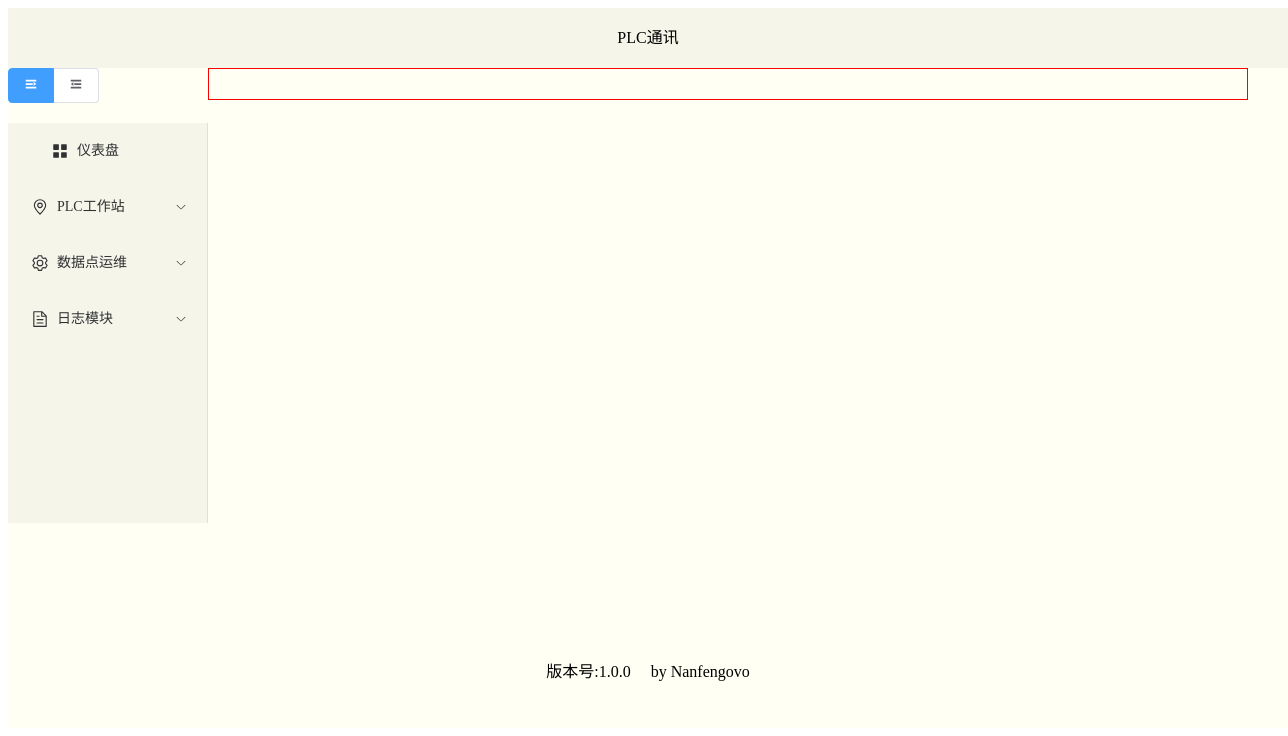
Repository: nanfengovo/HelperWorkStation
Page: /#/frameWork (app in HelperWorkStation/plchelper-ui/)
These files come from the project's save history. The page is drawn as it stood at one moment and after the next save; the edit follows.
The browser window is 1280 px wide. The page is 1288 px wide, so the pictures cover 1288 px, including what lies to the right of the window. The pictures show the whole page.
The project was rebuilt for these pictures with package versions that can differ from the ones it lists, and the page was loaded fresh each time. Also part of the build but not shown: HelperWorkStation/plchelper-ui/vite.config.ts, HelperWorkStation/plchelper-ui/src/views/Login/index.vue.

Above is the page before, as saved 2024-12-27 09:18:49.

### HelperWorkStation/plchelper-ui/index.html
<!DOCTYPE html>
<html lang="">
  <head>
    <meta charset="UTF-8">
    <link rel="icon" href="/favicon.ico">
    <meta name="viewport" content="width=device-width, initial-scale=1.0">
    <title>Vite App</title>
  </head>
  <body>
    <div id="app"></div>
    <script type="module" src="/src/main.ts"></script>
  </body>
</html>

<style>
  #app{
    /* display: flex;
    justify-content: center;
    align-items: center; */
    height: 100vh;
    width: 100vw;
  }
</style>

### HelperWorkStation/plchelper-ui/src/main.ts
// import './assets/main.css'

import { createApp } from 'vue'
import ElementPlus from 'element-plus'
import 'element-plus/dist/index.css'
import { createPinia } from 'pinia'

import App from './App.vue'
import * as ElementPlusIconsVue from '@element-plus/icons-vue'
import router from './router'

const app = createApp(App)
app.use(router)
for (const [key, component] of Object.entries(ElementPlusIconsVue)) {
    app.component(key, component)
    }
app.use(ElementPlus)
app.use(createPinia())


app.mount('#app')

### HelperWorkStation/plchelper-ui/src/App.vue
<script setup lang="ts">
import {  RouterView } from 'vue-router'
import FrameWork from './views/FrameWork/index.vue'
import Login from './views/Login/index.vue'
</script>

<template>
  <div class="app">
    <RouterView />
  </div>

  <!-- <RouterView /> -->
</template>

<style scoped>
	html,body,#app{
      height: 100%;
      width: 100%;
	}
  .app{
    height: 100%;
    width: 100%;
  }
</style>

### HelperWorkStation/plchelper-ui/src/router/index.ts
import { createMemoryHistory, createRouter, createWebHashHistory, type RouteRecordRaw } from 'vue-router'
import frameWork from '../views/FrameWork/index.vue';
import Login from '../views/Login/index.vue';
import panel from '../views/FrameWork/layout/panel/index.vue';

// const routes: RouteRecordRaw[] = [];
const routes: Array<RouteRecordRaw> = [
    {
        path: '/',
        redirect: '/login'
    },
    {
        path: '/login',
        name: 'login',
        component: Login
    },
    {
        path: '/frameWork',
        name: '主页',
        component: frameWork,
        children: [
            {
                path: '/framework/panel',
                name: '仪表板',
                component: () => import('../views/FrameWork/layout/panel/index.vue'),
            },
            {
                path: '/frameWork/PLCWorkstation/Modbus',
                name: 'PLC工作站-Modbus',
                component: () => import('../views/FrameWork/layout/PLCWorkstation/Modbus/index.vue'),
            },
            {
                path: '/frameWork/PLCWorkstation/S7',
                name: 'PLC工作站-S7',
                component: () => import('../views/FrameWork/layout/PLCWorkstation/S7/index.vue'),
            },
            {
                path: '/frameWork/PLCWorkstation/OPC',
                name: 'PLC工作站-OPC',
                component: () => import('../views/FrameWork/layout/PLCWorkstation/OPC/index.vue'),
            },
            {
                path: '/frameWork/PLCWorkstation/FinsTCP',
                name: 'PLC工作站-FinsTCP',
                component: () => import('../views/FrameWork/layout/PLCWorkstation/FinsTCP/index.vue'),
            },
            {
                path: '/frameWork/DataPointOperations/Modbus',
                name: '数据点运维-Modbus',
                component: () => import('../views/FrameWork/layout/DataPointOperations/Modbus/index.vue'),
            },
            {
                path: '/frameWork/DataPointOperations/S7',
                name: '数据点运维-S7',
                component: () => import('../views/FrameWork/layout/DataPointOperations/S7/index.vue'),
            },
            {
                path: '/frameWork/DataPointOperations/Opc',
                name: '数据点运维-Opc',
                component: () => import('../views/FrameWork/layout/DataPointOperations/OPC/index.vue'),
            },
            {
                path: '/frameWork/DataPointOperations/FinsTCP',
                name: '数据点运维-FinsTCP',
                component: () => import('../views/FrameWork/layout/DataPointOperations/FinsTCP/index.vue'),
            },
            {
                path: '/frameWork/Log/Operation',
                name: '用户操作日志',
                component: () => import('../views/FrameWork/layout/Log/Operation/index.vue'),
            },
            {
                path: '/frameWork/Log/ReadWrite',
                name: '数据点读写日志',
                component: () => import('../views/FrameWork/layout/Log/ReadWrite/index.vue'),
            },

        ],


    },
];

const router = createRouter({
    history: createWebHashHistory(),
    routes,
});

export default router;

### HelperWorkStation/plchelper-ui/src/views/FrameWork/index.vue
<template>
    <div class="common-layout">
        <el-container>
            <div class="layout-header">
                <el-header>
                    PLC通讯
                </el-header>
            </div>
            <el-container>
                <el-aside width="200px" height="100vh" >
                    <el-radio-group v-model="isCollapse" style="margin-bottom: 20px">
                        <el-radio-button :value="false"><el-icon><Expand /></el-icon></el-radio-button>
                        <el-radio-button :value="true"><el-icon><Fold /></el-icon></el-radio-button>
                    </el-radio-group>
                    <el-menu
                        background-color="#f5f5e9"
                        default-active="1"
                        class="el-menu-vertical-demo"
                        :collapse="isCollapse"
                        @open="handleOpen"
                        @close="handleClose"
                        router
                    >
                        <el-menu-item index="/frameWork/panel">
                            <el-menu-item >
                                <el-icon><icon-menu /></el-icon>
                                <template #title>仪表盘</template>
                            </el-menu-item>
                        </el-menu-item>
                        <el-sub-menu index="2">
                        <template #title>
                            <el-icon><location /></el-icon>
                            <span>PLC工作站</span>
                        </template>
                        <el-menu-item-group >
                            <el-menu-item index="/frameWork/PLCWorkstation/Modbus">Modbus模块</el-menu-item>
                            <el-menu-item index="/frameWork/PLCWorkstation/S7">S7模块</el-menu-item>
                            <el-menu-item index="/frameWork/PLCWorkstation/OPC">OPC模块</el-menu-item>
                            <el-menu-item index="/frameWork/PLCWorkstation/FinsTCP">FinsTCP模块</el-menu-item>
                        </el-menu-item-group>
                        </el-sub-menu>
                        <el-sub-menu index="3">
                        <template #title>
                            <el-icon><Setting /></el-icon>
                            <span>数据点运维</span>
                        </template>
                        <el-menu-item-group >
                            <el-menu-item index="/frameWork/DataPointOperations/Modbus">Modbus数据点配置</el-menu-item>
                            <el-menu-item index="/frameWork/DataPointOperations/S7">S7数据点配置</el-menu-item>
                            <el-menu-item index="/frameWork/DataPointOperations/Opc">OPC数据点配置</el-menu-item>
                            <el-menu-item index="/frameWork/DataPointOperations/FinsTCP">FinsTCP数据点模块</el-menu-item>
                        </el-menu-item-group>
                        </el-sub-menu>
                        <el-sub-menu index="4">
                        <template #title>
                            <el-icon><Document /></el-icon>
                            <span>日志模块</span>
                        </template>
                        <el-menu-item-group >
                            <el-menu-item index="/frameWork/Log/Operation">操作日志</el-menu-item>
                            <el-menu-item index="/frameWork/Log/ReadWrite">读写日志</el-menu-item>
                        </el-menu-item-group>
                        </el-sub-menu>
                    </el-menu>
                </el-aside>
                    <el-container>
                        <div class="main-header">
                            <div class="main-header-breadcrumb">

                            </div>
                            <div class="main-header-tab">

                            </div>
                        </div>
                        <el-main><RouterView/></el-main>
                    </el-container>
            </el-container>
                <el-footer class="fixed-footer" >
                    <span>版本号:{{SoftVersion}}</span>&nbsp;&nbsp;&nbsp;&nbsp;
                    <span>by {{ SoftAuthor }}</span>
                </el-footer>
        </el-container>
    </div>
</template>

<script lang="ts" setup>
import { ref } from 'vue'
import { useRouter } from 'vue-router';
import routes from '../../router/index';
import {
    Document,
    Menu as IconMenu,
    Location,
    Setting,
} from '@element-plus/icons-vue'


const activeIndex = ref('1')
const activeIndex2 = ref('1')
const handleSelect = (key: string, keyPath: string[]) => {
    console.log(key, keyPath)
                }
const router = useRouter();
const SoftVersion = ref('1.0.0')
const SoftAuthor = ref('Nanfengovo')



const isCollapse = ref(false)
const handleOpen = (key: string, keyPath: string[]) => {
    console.log(key, keyPath)
}
const handleClose = (key: string, keyPath: string[]) => {
    console.log(key, keyPath)
}
</script>

<style>
.el-menu-vertical-demo:not(.el-menu--collapse) {
    width: 200px;
    min-height: 400px;
}
.layout-header {
    background-color: #f5f5e9;
    color: black;
    text-align: center;
    line-height: 60px;
}
.common-layout{
    display: flex;
    flex-direction: column;
    min-height: 100vh;
    background-color: #fffff3;
}
.fixed-footer {
    background-color: #fffff3; /* 根据需要设置背景颜色 */
    padding: 10px; /* 根据需要设置内边距 */
    text-align: center; /* 根据需要设置文本对齐方式 */
    margin-bottom: 20px;
}
.main-header{
    border: red 1px solid;
    width: 100%;
    height: 30px;
}


</style>

After the next save:
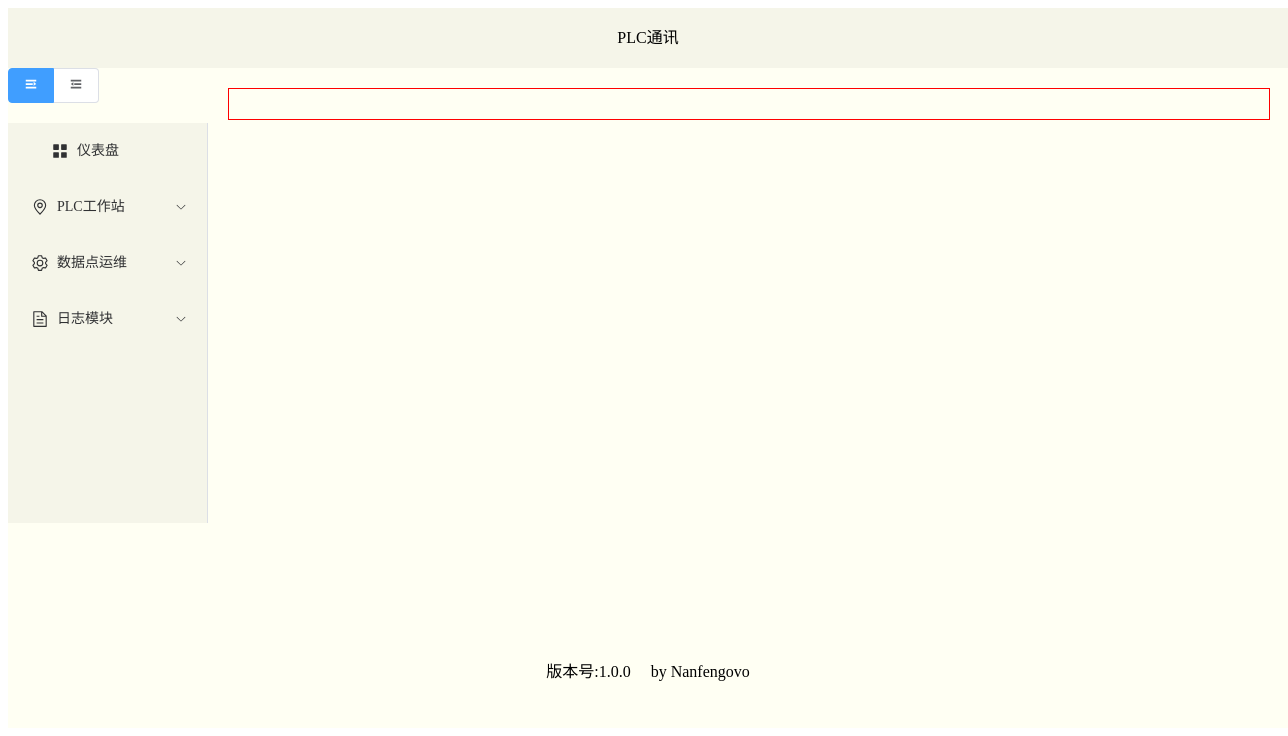
Saved 75 s later.
--- a/HelperWorkStation/plchelper-ui/src/views/FrameWork/index.vue
+++ b/HelperWorkStation/plchelper-ui/src/views/FrameWork/index.vue
@@ -64,7 +64,9 @@
                     </el-menu>
                 </el-aside>
                     <el-container>
-                        <div class="main-header">
+
+                        <el-main>
+                            <div class="main-header">
                             <div class="main-header-breadcrumb">
 
                             </div>
@@ -72,7 +74,9 @@
 
                             </div>
                         </div>
-                        <el-main><RouterView/></el-main>
+
+                            <RouterView/>
+                        </el-main>
                     </el-container>
             </el-container>
                 <el-footer class="fixed-footer" >
